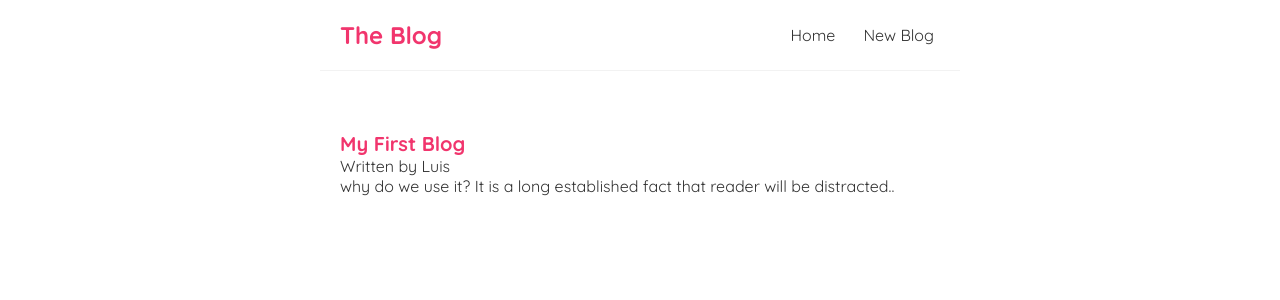
Repository: castilla-aurela/react-blog
Page: /blogs/1
An editor plug-in stored every save of this project. The page is shown before and after a run of saves, followed by the edit.
The browser window is 1280 px wide. The pictures show the whole page.
The project was rebuilt for these pictures with package versions that can differ from the ones it lists, and the page was loaded fresh each time. Requests to the local data server were answered from the project's data file. Also part of the build but not shown: src/BlogList.js, src/Home.js, src/Create.js.

Above is the page before, as saved 2022-02-28 20:37:18.

### src/index.css
@import url('https://fonts.googleapis.com/css2?family=Quicksand:wght@300;400;500;600;700&display=swap');

/* base styles */

* {
  margin: 0;
  font-family: "Quicksand";
  color: #333;
}

.navbar {
  padding: 20px;
  display: flex;
  align-items: center;
  max-width: 600px;
  margin: 0 auto;
  border-bottom: 1px solid #f2f2f2;
}
.navbar h1 {
  color: #f1356d;
}
.navbar .links {
  margin-left: auto;
}
.navbar a {
  margin-left: 16px;
  text-decoration: none;
  padding: 6px;
}
.navbar a:hover {
  color: #f1356d;
}
.content {
  max-width: 600px;
  margin: 40px auto;
  padding: 20px;
}

/* Blog previews /  list */

.blog-preview{
  padding: 10px 16px;
  margin: 20px 0;
  border-bottom: 1px solid #fafafa;
}
.blog-preview:hover{
  box-shadow: 1px 3px 5px rgba(0,0,0,0.1);
}
.blog-preview h2 {
  font-size: 20px;
  color: #f1356d;
  margin-bottom: 8px;
}
.blog-preview a{
  text-decoration: none;
}
.blog-details h2{
  font-size: 20px;
  color: #f1356d;
  margin-bottom: ;
}

### src/App.js
import Home from "./Home";
import Navbar from "./Navbar";
import { BrowserRouter as Router, Route, Routes } from "react-router-dom";
import Create from "./Create";
import BlogDetails from "./BlogDetails";

function App() {
  return (
    <Router>
      <div className="App">
        <Navbar />
        <div className="content">
          <Routes>
            <Route exact path="/" element = {<Home/>}/>
            <Route path="/create" element = {<Create/>}/>
            <Route path="/blogs/:id" element = {<BlogDetails/>}/>
          </Routes>
        </div>
      </div>
    </Router>
  );
}

export default App;

### src/Navbar.js
import { Link } from 'react-router-dom'

const Navbar = () => {
    return (
        <nav className="navbar">
            <h1>The Blog</h1>
            <div className="links">
                {/*<a href="/">Home</a>*/}
                <Link to="/">Home</Link>
                {/*<a href="/create" >New Blog</a>*/}
                <Link to="/create" >New Blog</Link>
            </div>
        </nav>

     );
}

export default Navbar;

### src/BlogDetails.js
import { useParams } from "react-router-dom";
import useFetch from "./useFetch";

const BlogDetails = () => {

    const { id } = useParams()
    const { data: blog, isLoading, error } = useFetch('http://localhost:8000/blogs/' + id)

    return (
        <div className="blog-details">
            {isLoading && <div> Is loading...</div>}
            {error && <div>{ error }</div>}
            {blog && (
                <article>
                    <h2>{blog.title}</h2>
                    <p>Written by {blog.author}</p>
                    <div>{blog.body}</div>
                </article>
            )}
        </div>
    );
}

export default BlogDetails;

### src/useFetch.js
import { useEffect, useState } from "react";

const useFetch = (url) => {

    const [data, setData] = useState(null);
    const [isLoading, setIsLoading] = useState(true);
    const [error, setError] = useState(true);


    useEffect(()=>{
      const abortCont = new AbortController();

      setTimeout(()=> {

                //console.log('useEffect ran');
        //console.log(name)
        fetch(url, {signal: abortCont.signal}).then( res => {
          console.log(res)
          if (!res.ok){
            throw Error('could not fetch the data for that resource');
          }
          return res.json();
      }).then( data => {
          console.log(data);
          setData(data);
          setIsLoading(false);
          setError(null);
      }).catch((err)=> {
        if(err.name === "AbortError"){
          console.log('fetch aborted')
        }else{
          console.log(err.message)
          setError(err.message);
          setIsLoading(false);
        }
    })

      },1000);


      return () => abortCont.abort();

    }, [url]);

    return {data, isLoading, error};
}

export default useFetch;

### data/db.json
{
  "blogs": [
    {
      "title": "My First Blog",
      "body": "why do we use it?\nIt is a long established fact that reader will be distracted..",
      "author": "Luis",
      "id": 1
    },
    {
      "title": "Opening Party!",
      "body": "why do we use it?\nIt is a long established fact that reader will be distracted..",
      "author": "Mary",
      "id": 2
    }
  ]
}

Loaded but not shown: public/index.html (common file); src/index.js (common file)

After the next 2 saves:
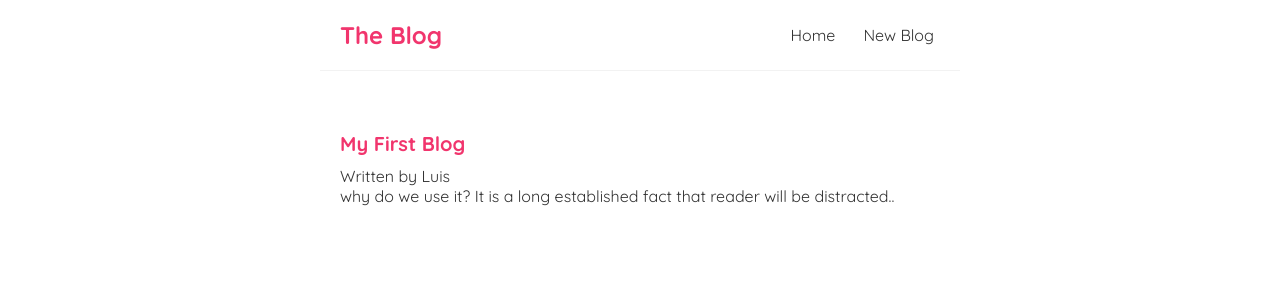
The 2 saves are shown as one change because they came seconds apart.
The last was saved 9 s later.
--- a/src/index.css
+++ b/src/index.css
@@ -57,5 +57,5 @@
 .blog-details h2{
   font-size: 20px;
   color: #f1356d;
-  margin-bottom: ;
+  margin-bottom: 10px;
 }
